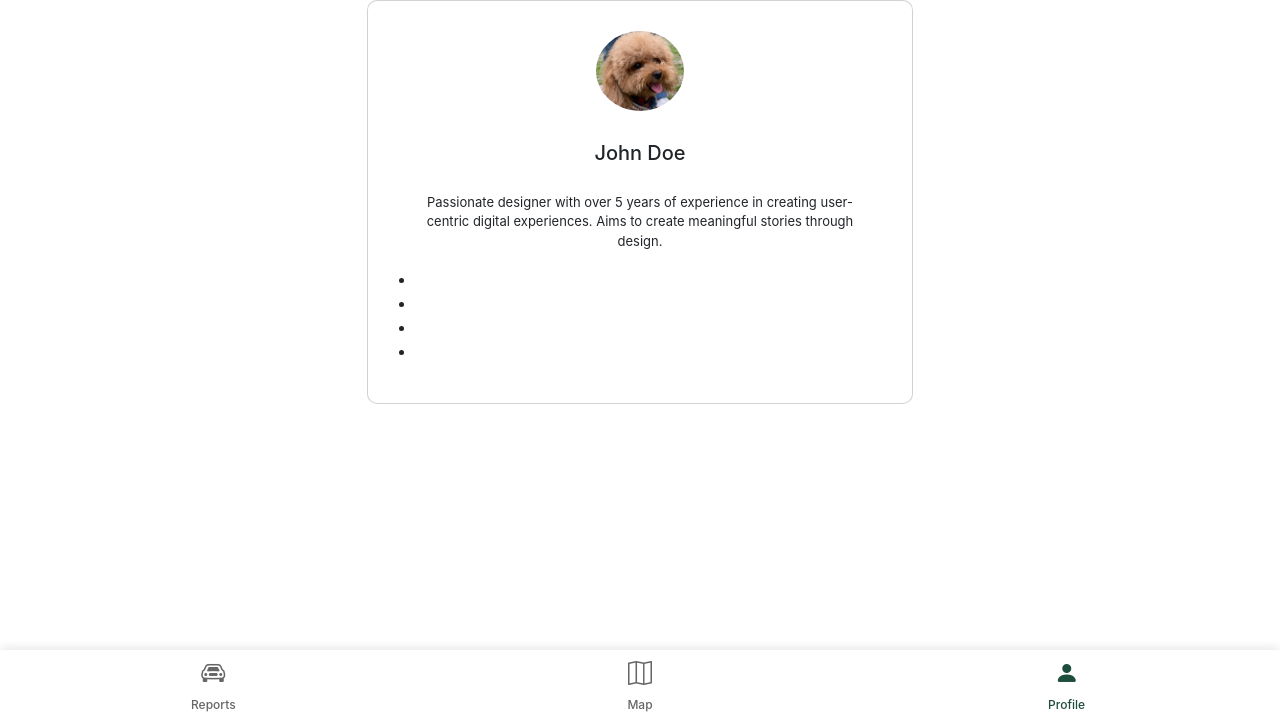
Repository: sukhrajsandhar/1800_202510_BBY8
Page: Profile.html
These files come from the project's save history. The page is drawn as it stood at one moment and after the next save; the edit follows.
The browser window is 1280 px wide. The pictures show the whole page.

Above is the page before, as saved 2025-03-03 19:31:48.

### Profile.html
<!DOCTYPE html>
<html lang="en">
<head>
    <meta charset="UTF-8">
    <meta name="viewport" content="width=device-width, initial-scale=1.0">
    <title>StreetSmart - User Profile</title>
    <link href="https://cdn.jsdelivr.net/npm/bootstrap@5.3.2/dist/css/bootstrap.min.css" rel="stylesheet">
    <link href="https://fonts.googleapis.com/icon?family=Material+Icons" rel="stylesheet">
    <link rel="stylesheet" href="https://cdn.jsdelivr.net/npm/bootstrap-icons@1.11.1/font/bootstrap-icons.css">
    <link rel="stylesheet" href="/styles/styles3.css">
    <link rel="stylesheet" href="/styles/styles2.css">
</head>
<body>
    <div class="container">
        <div class="row d-flex justify-content-center">
            <div class="col-md-6">
                <div class="card p-3 py-4">
                    <div class="text-center">
                        <img src="/images/elmo.jpg" width="100" class="rounded-circle">
                    </div>
                    <div class="text-center mt-3">
                        <h5 class="mt-2 mb-0">John Doe</h5><br>
                        <div class="px-4 mt-1">
                            <p class="fonts">Passionate designer with over 5 years of experience in creating user-centric
                                digital experiences. Aims to create meaningful stories through design.</p>
                        </div>
                        <ul>
                            <li><a href="#" class="fab fa-facebook-f"></a></li>
                            <li><a href="#" class="fab fa-twitter"></a></li>
                            <li><a href="#" class="fab fa-instagram"></a></li>
                            <li><a href="#" class="fab fa-linkedin-in"></a></li>
                        </ul>
                    </div>
                </div>
            </div>
        </div>
    </div>
    <!-- Nav bar -->
    <nav class="bottom-nav">
        <a href="Reports.html" class="nav-item">
            <i class="bi bi-car-front"></i>
            <span>Reports</span>
        </a>
        <a href="main.html" class="nav-item">
            <i class="bi bi-map"></i>
            <span>Map</span>
        </a>
        <a href="Profile.html" class="nav-item active">
            <i class="bi bi-person-fill"></i>
            <span>Profile</span>
        </a>
    </nav>

    <script src="https://cdn.jsdelivr.net/npm/bootstrap@5.3.2/dist/js/bootstrap.bundle.min.js"></script>
</body>
</html>

### styles/styles3.css
/* Stylesheet for Profile.html */



.card {
    border-radius: 10px;
}

.rounded-circle {
    border: 6px solid #fff;
}

.fonts {
    font-size: 13px;
}

.social-list {
    padding: 0;
    list-style-type: none;
    display: flex;
    justify-content: center;
}

.social-list li {
    padding: 10px;
    color: #717171;
    cursor: pointer;
    font-size: 19px;
}

### styles/styles2.css
:root {
  --primary-color: #1e4d3b;
  --secondary-color: #2a6b52;
  --accent-color: #34836b;
  --light-color: #ffffff;
  --dark-color: #213547;
  --shadow-sm: 0 4px 6px rgba(0, 0, 0, 0.1);
  --shadow-md: 0 10px 30px rgba(0, 0, 0, 0.1);
  --gradient: linear-gradient(135deg, var(--primary-color), var(--secondary-color));
  --road-color: #ff7043;
  --lighting-color: #ffca28;
  --trash-color: #7e57c2;
  --graffiti-color: #42a5f5;
  --water-color: #26c6da;
  --other-color: #78909c;
}

* {
  margin: 0;
  padding: 0;
  box-sizing: border-box;
}

h1 {
  text-align: center;
  margin: 20px 0;
}

.scrollable-container {
  position: absolute;
  top: 20;
  left: 0;
  width: 100%;
  height: 80%;
  overflow-y: auto;
  box-shadow: 0 -2px 10px rgba(0, 0, 0, 0.1);
}

body {
  font-family: 'Inter', system-ui, -apple-system, BlinkMacSystemFont, 'Segoe UI', Roboto, Oxygen, Ubuntu, Cantarell, 'Open Sans', 'Helvetica Neue', sans-serif;
  height: 100vh;
  overflow: hidden;
  position: relative;
  color: var(--dark-color);
}

#map { position: absolute; top: 0; bottom: 0%; width: 100%; }


.search-container {
  position: absolute;
  top: 20px;
  left: 50%;
  transform: translateX(-50%);
  width: 90%;
  max-width: 500px;
  display: flex;
  align-items: center;
  z-index: 10;
}

.search-bar {
  flex: 1;
  background-color: white;
  border-radius: 24px;
  padding: 8px 16px;
  display: flex;
  align-items: center;
  box-shadow: var(--shadow-md);
}

.search-bar i {
  color: #666;
  margin-right: 8px;
}

.search-bar input {
  flex: 1;
  border: none;
  outline: none;
  font-size: 16px;
  padding: 4px 0;
}

.report-btn {
  width: 48px;
  height: 48px;
  border-radius: 50%;
  background: var(--gradient);
  color: white;
  border: none;
  margin-left: 12px;
  box-shadow: var(--shadow-md);
  display: flex;
  align-items: center;
  justify-content: center;
  cursor: pointer;
  transition: transform 0.2s;
}

.report-btn:hover {
  transform: scale(1.05);
}

.report-btn.disabled {
  opacity: 0.7;
  cursor: default;
}

.report-btn.disabled:hover {
  transform: none;
}

.report-btn i {
  font-size: 24px;
}

/* Current Location */
.current-location {
  position: absolute;
  bottom: 120px;
  right: 20px;
  z-index: 5;
}

.pulse {
  position: absolute;
  width: 40px;
  height: 40px;
  border-radius: 50%;
  background-color: rgba(33, 150, 243, 0.2);
  animation: pulse 2s infinite;
}

@keyframes pulse {
  0% {
      transform: scale(0.8);
      opacity: 0.8;
  }
  70% {
      transform: scale(2);
      opacity: 0;
  }
  100% {
      transform: scale(0.8);
      opacity: 0;
  }
}

.dot {
  position: absolute;
  top: 50%;
  left: 50%;
  transform: translate(-50%, -50%);
  width: 16px;
  height: 16px;
  border-radius: 50%;
  background-color: #2196f3;
  border: 3px solid white;
  box-shadow: var(--shadow-sm);
}

.layers-btn {
  position: absolute;
  bottom: 120px;
  left: 20px;
  width: 48px;
  height: 48px;
  border-radius: 50%;
  background-color: white;
  border: none;
  box-shadow: var(--shadow-md);
  display: flex;
  align-items: center;
  justify-content: center;
  cursor: pointer;
  z-index: 5;
}

.layers-btn i {
  color: var(--dark-color);
}

.bottom-nav {
  position: fixed;
  bottom: 0;
  left: 0;
  width: 100%;
  height: 70px;
  background-color: white;
  display: flex;
  justify-content: space-around;
  align-items: center;
  box-shadow: 0 -2px 10px rgba(0, 0, 0, 0.1);
  z-index: 10;
}

.nav-item {
  display: flex;
  flex-direction: column;
  align-items: center;
  color: #666;
  text-decoration: none;
  padding: 8px 0;
  transition: color 0.2s, transform 0.2s;
  width: 33.33%;
  justify-content: center;
}

.nav-item:hover {
  transform: translateY(-2px);
}

.nav-item.active {
  color: var(--primary-color);
}

.nav-item i {
  font-size: 24px;
  margin-bottom: 4px;
}

.nav-item span {
  font-size: 12px;
  font-weight: 500;
}

@media (max-width: 768px) {
  .search-container {
      width: 90%;
  }
}

@media (max-width: 480px) {
  .search-container {
      width: 95%;
  }

  .nav-item i {
      font-size: 22px;
  }

  .nav-item span {
      font-size: 11px;
  }
}

After the next save:
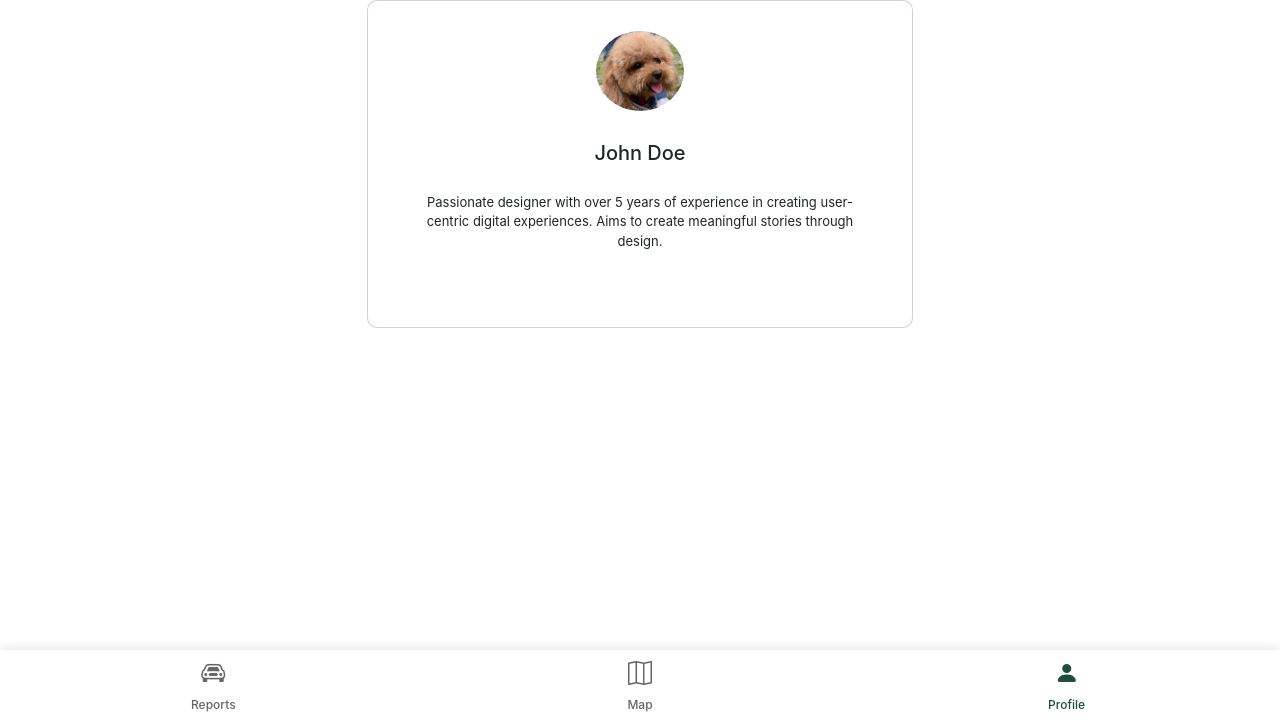
Saved 17 s later.
--- a/Profile.html
+++ b/Profile.html
@@ -24,7 +24,7 @@
                             <p class="fonts">Passionate designer with over 5 years of experience in creating user-centric
                                 digital experiences. Aims to create meaningful stories through design.</p>
                         </div>
-                        <ul>
+                        <ul class="social-list">
                             <li><a href="#" class="fab fa-facebook-f"></a></li>
                             <li><a href="#" class="fab fa-twitter"></a></li>
                             <li><a href="#" class="fab fa-instagram"></a></li>
